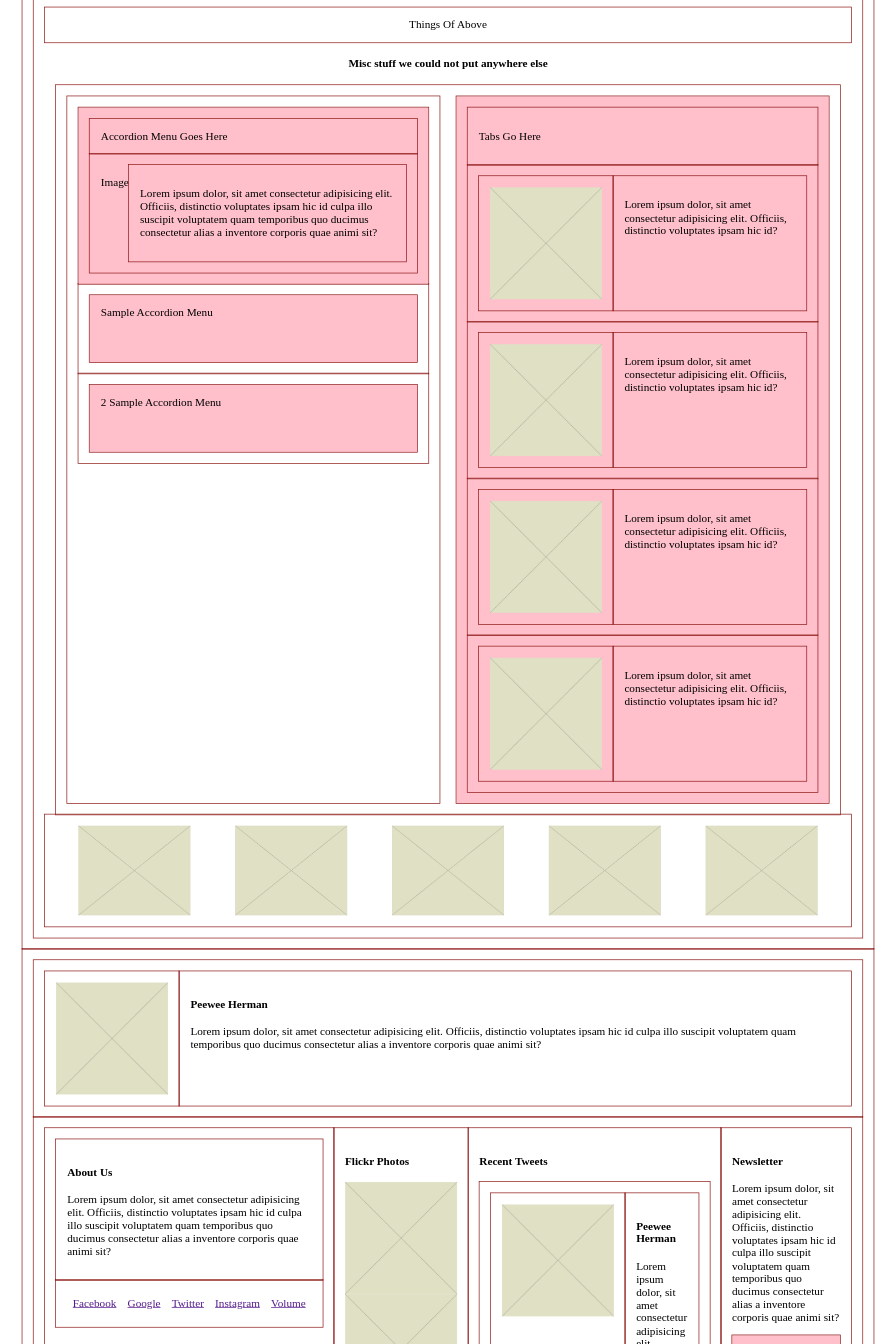
Repository: kionale/Project1_Lab3_ResponsiveLayout
Page: index.html
An editor plug-in stored every save of this project. The page is shown before and after a run of saves, followed by the edit.
The browser window is 1280 px wide. The pictures show the part of the page from y = 3782 to 5702 px (the page is 6789 px tall before and 6629 px after), at 70% of full size.

Above is the page before, as saved 2023-01-31 17:11:01.

### index.html
<!doctype html>
<html class="no-js" lang="">

<head>
  <meta charset="utf-8">
  <title></title>
  <meta name="description" content="">
  <meta name="viewport" content="width=device-width, initial-scale=1">

  <meta property="og:title" content="">
  <meta property="og:type" content="">
  <meta property="og:url" content="">
  <meta property="og:image" content="">

  <link rel="manifest" href="site.webmanifest">
  <link rel="apple-touch-icon" href="icon.png">
  <!-- Place favicon.ico in the root directory -->

  <link rel="stylesheet" href="css/normalize.css">
  <link rel="stylesheet" href="css/main.css">

  <meta name="theme-color" content="#fafafa">
</head>


<body class="page page-home">
  <header class="header page__header">
    <div class="row">
      <h1>Metrolics</h1>
      <a href=""><img src="img/placeholder.png"></a>
      <nav class="navbar-links">
        <ul>
          <a href="#">
            <li>Home</li>
          </a>
          <a href="">
            <li>Home</li>
          </a>
          <a href="">
            <li>Pages</li>
          </a>
          <a href="">
            <li>Blog</li>
          </a>
          <a href="">
            <li>Portfolio</li>
          </a>
          <a href="">
            <li>Home</li>
          </a>
        </ul>
      </nav>
    </div>

  </header>

  <div class="page__slider">
    <div class="row slides">
      <img src="img/placeholder.png" alt="">
    </div>
  </div>
  </div>

  <div class="page__intro">
    <h1 class="header page__heading">
      Hey guys! This is the <span>Metrolics</span> theme.<br>
      It sports a responsive layout with a mobile layout.
    </h1>
    <div class="subheading page_subheading">
      <h3>
        Things That We do
      </h3>
      <h5>Ask us what we can do for you</h5>

    </div>
    <div class="feature__service">
      <div class="row m-col-2 l-col-4">
        <div class="col">
          <img class="feature__servic__images" src="img/placeholder.png" alt="">
          <h4 class="heading feature__servic__title">Web Solution</h4>
          <p class="feature__servic__content">
            bbbhhha
          </p>
        </div>
        <div class="col">
          <img class="feature__servic__images" src="img/placeholder.png" alt="">
          <h4 class="heading feature__servic__title"></h4>
          <p class="feature__servic__content">
            bbbhhha
          </p>
        </div>
        <div class="col">
          <img class="feature__servic__images" src="img/placeholder.png" alt="">
          <h4 class="heading feature__servic__title"></h4>
          <p class="feature__servic__content">
            bbbhhha
          </p>
        </div>
        <div class="col">
          <img class="feature__servic__images" src="img/placeholder.png" alt="">
          <h4 class="heading feature__servic__title"></h4>
          <p class="feature__servic__content">
            bbbhhha
          </p>
        </div>


      </div>
    </div>
  </div>

  <!-- Main content starts here -->
  <main class="page__main">
    <section class="recent__work">
      <header class="header post__header">What's up lately?</header>
      <h4 class="subheading">Read up on our latest work</h4>
      <div class="row m-col-2 l-col-3">
        <div class="col">
          <div>
            <img src="img/placeholder.png" alt="">
            <header class="header recent__work__title">Sample image post</header><br>
            <p>Photography</p>
          </div>
        </div>
        <div class="col">
          <div>
            <img src="img/placeholder.png" alt="">
            <header class="header recent__work__title">Sample image post</header><br>
            <p>Photography</p>
          </div>
        </div>
        <div class="col">
          <div>
            <img src="" alt="">
            <header class="header recent__work__title">Sample image post</header><br>
            <p>Photography</p>
          </div>
        </div>
        <div class="col">
          <div>
            <img src="img/placeholder.png" alt="">
            <header class="header recent__work__title">Sample image post</header><br>
            <p>Photography</p>
          </div>
        </div>
      </div>
    </section>
    <!-- Our Latest Projests -->
    <section class="latest__projects">
      <header class="header latest__projects__header">Our Latest Projects</header>
      <h4 class="subheading">Client happy? We are happy</h4>
      <div class="row m-col-2 l-col-3">
        <div class="col">
          <div>
            <img src="img/placeholder.png" alt="">
            <header class="header latest__project__image">1 Sample image post</header><br>
            <p>1 Photography</p>
          </div>
        </div>
        <div class="col">
          <div>
            <img src="img/placeholder.png" alt="">
            <header class="header latest__project__image">2 Sample image post</header><br>
            <p>2 Photography</p>
          </div>
        </div>
        <div class="col">
          <div>
            <img src="img/placeholder.png" alt="">
            <header class="header latest__project__image">3 Sample image post</header><br>
            <p>3 Photography</p>
          </div>
        </div>
        <div class="col">
          <div>
            <img src="img/placeholder.png" alt="">
            <header class="header latest__project__image">4 Sample image post</header><br>
            <p>4 Photography</p>
          </div>
        </div>
        <div class="col">
          <div>
            <img src="img/placeholder.png" alt="">
            <header class="header latest__project__image">5 Sample image post</header><br>
            <p>5 Photography</p>
          </div>
        </div>
        <div class="col">
          <div>
            <img src="img/placeholder.png" alt="">
            <header class="header latest__project__image">6 Sample image post</header><br>
            <p>6 Photography</p>
          </div>
        </div>
      </div>
    </section>
    <!--Things of Above-->
    <section class="things__of__above">
      <header class="header things__header">Things of above</header>
      <h4 class="subheading">Misc stuff we could not put anywhere else</h4>
      <div class="row m-col-2 l-col-3">
        <div>
          <div class="col">
            <div class="sample__menu things_above_image">Accordion Menu Goes Here
            </div>
            <div class="web__solution">
              <p>Image</p>
              <div>
                <p>Lorem ipsum dolor, sit amet consectetur adipisicing elit. Officiis, distinctio voluptates ipsam hic
                  id
                  culpa illo suscipit voluptatem quam temporibus quo ducimus consectetur alias a inventore corporis quae
                  animi sit?</p>
              </div>
            </div>
          </div>
          <div class="menu__button">
            <div class="col_two sample__menu things__above__image">Sample Accordion Menu
            </div>
          </div>
          <div class="menu__button">
            <div class="col_two sample__menu things__above__image">2 Sample Accordion Menu
            </div>
          </div>
        </div>
        <div class="col">
          <div class="tab__buttons">
            <p>Tabs Go Here</p>
          </div>
          <div class="tab__information">
            <div>
              <img src="img/placeholder.png" alt="">
            </div>
            <div>
              <p>Lorem ipsum dolor, sit amet consectetur adipisicing elit. Officiis, distinctio voluptates ipsam hic
                id?</p>
            </div>
          </div>
          <div class="tab__information">
            <div>
              <img src="img/placeholder.png" alt="">
            </div>
            <div>
              <p>Lorem ipsum dolor, sit amet consectetur adipisicing elit. Officiis, distinctio voluptates ipsam hic
                id?</p>
            </div>
          </div>
          <div class="tab__information">
            <div>
              <img src="img/placeholder.png" alt="">
            </div>
            <div>
              <p>Lorem ipsum dolor, sit amet consectetur adipisicing elit. Officiis, distinctio voluptates ipsam hic
                id?</p>
            </div>
          </div>
          <div class="tab__information">
            <div>
              <img src="img/placeholder.png" alt="">
            </div>
            <div>
              <p>Lorem ipsum dolor, sit amet consectetur adipisicing elit. Officiis, distinctio voluptates ipsam hic
                id?</p>
            </div>
          </div>
        </div>
      </div>
      <!--Sponsors-->
      <div class="sponsors">
        <img src="img/placeholder.png" alt="" class="sponsors__icon">
        <img src="img/placeholder.png" alt="" class="sponsors__icon">
        <img src="img/placeholder.png" alt="" class="sponsors__icon">
        <img src="img/placeholder.png" alt="" class="sponsors__icon">
        <img src="img/placeholder.png" alt="" class="sponsors__icon">

    </section>
  </main>
  <!--Footer-->
  <footer>
    <div class="web__author">
      <div>
        <img src="img/placeholder.png" alt="">
      </div>
      <div>
        <h4>Peewee Herman</h4>
        <p>Lorem ipsum dolor, sit amet consectetur adipisicing elit. Officiis, distinctio voluptates ipsam hic
          id
          culpa illo suscipit voluptatem quam temporibus quo ducimus consectetur alias a inventore corporis quae
          animi sit?</p>
      </div>
    </div>
    <div class="footer__extras">
      <div>
        <div>
          <h4>About Us</h4>
          <p>Lorem ipsum dolor, sit amet consectetur adipisicing elit. Officiis, distinctio voluptates ipsam hic
            id
            culpa illo suscipit voluptatem quam temporibus quo ducimus consectetur alias a inventore corporis quae
            animi sit?</p>
        </div>
        <div class="social__link">
          <a href="" class="social__icon">
            <li>Facebook</li>
          </a>
          <a href="" class="social__icon">
            <li>Google</li>
          </a>
          <a href="" class="social__icon">
            <li>Twitter</li>
          </a>
          <a href="" class="social__icon">
            <li>Instagram</li>
          </a>
          <a href="" class="social__icon">
            <li>Volume</li>
          </a>
        </div>
      </div>

      <div>
        <h4>Flickr Photos</h4>
        <img src="img/placeholder.png" alt="">
        <img src="img/placeholder.png" alt="">
        <img src="img/placeholder.png" alt="">
        <img src="img/placeholder.png" alt="">
        <img src="img/placeholder.png" alt="">
        <img src="img/placeholder.png" alt="">
      </div>
      <div>
        <h4>Recent Tweets</h4>
        <div class="recent__tweets">
          <div>
            <img src="img/placeholder.png" alt="">
          </div>
          <div>
            <h4>Peewee Herman</h4>
            <p>Lorem ipsum dolor, sit amet consectetur adipisicing elit. Officiis, distinctio voluptates ipsam hic
              id
              culpa illo suscipit voluptatem quam temporibus quo ducimus consectetur alias a inventore corporis quae
              animi sit?</p>
          </div>
        </div>
        <div class="recent__tweets">
          <div>
            <img src="img/placeholder.png" alt="">
          </div>
          <div>
            <h4>Peewee Herman</h4>
            <p>Lorem ipsum dolor, sit amet consectetur adipisicing elit. Officiis, distinctio voluptates ipsam hic
              id
              culpa illo suscipit voluptatem quam temporibus quo ducimus consectetur alias a inventore corporis quae
              animi sit?</p>
          </div>
        </div>
      </div>
      <div>
        <h4>Newsletter</h4>
        <p>Lorem ipsum dolor, sit amet consectetur adipisicing elit. Officiis, distinctio voluptates ipsam hic
          id
          culpa illo suscipit voluptatem quam temporibus quo ducimus consectetur alias a inventore corporis quae
          animi sit?</p>
        <div class="col_two sample__menu things__above__image">Enter your email...
          <button>+</button>
        </div>
      </div>
    </div>
  </footer>


  <script src="js/vendor/modernizr-3.11.2.min.js"></script>
  <script src="js/plugins.js"></script>
  <script src="js/main.js"></script>

  <!-- Google Analytics: change UA-XXXXX-Y to be your site's ID. -->
  <script>
    window.ga = function () { ga.q.push(arguments) }; ga.q = []; ga.l = +new Date;
    ga('create', 'UA-XXXXX-Y', 'auto'); ga('set', 'anonymizeIp', true); ga('set', 'transport', 'beacon'); ga('send', 'pageview')
  </script>
  <script src="https://www.google-analytics.com/analytics.js" async></script>
</body>

</html>

### css/main.css
::-moz-selection {
  background: #b3d4fc;
  text-shadow: none;
}

::selection {
  background: #b3d4fc;
  text-shadow: none;
}

/*
 * A better looking default horizontal rule
 */

hr {
  display: block;
  height: 1px;
  border: 0;
  border-top: 1px solid #ccc;
  margin: 1em 0;
  padding: 0;
}

audio,
canvas,
iframe,
img,
svg,
video {
  vertical-align: middle;
}

/*
 * Remove default fieldset styles.
 */

fieldset {
  border: 0;
  margin: 0;
  padding: 0;
}

/*
 * Allow only vertical resizing of textareas.
 */

textarea {
  resize: vertical;
}

*,
*::before,
*::after {
  box-sizing: border-box;
}

div,
main,
section,
header,
footer {
  outline: 1px solid rgb(142, 24, 24);
  min-height: 1rem;
  padding: 1rem;
}

.page {
  margin: 0 auto;
  padding: 2rem;
}

.header {
  text-transform: capitalize;
  text-align: center;
}

.subheading {
  text-align: center;
}

ul,
li {
  padding: 0;
  margin: 0;
  list-style: none;
}

.row {
  display: grid;
  row-gap: 1rem;
}

.row_two {
  display: grid;
  row-gap: 1rem;
}

.col {
  position: relative;
  background-color: pink;
}

.col_two {
  background-color: pink;
  height: 6rem;
}

button {
  height: 4rem;
  width: 4rem;
}

/* medium screens and up  */
@media screen and (min-width: 40em) {
  .row {
    max-width: 70rem;
    column-gap: 1.5rem;
    row-gap: 1.5rem;
    margin: 0 auto;
  }



  .m-col-2 {
    grid-template-columns: 1fr 1fr;
  }

  .l-col-3 {
    grid-template-columns: (3, 1fr);
  }

}


.examples {
  display: flex;
  justify-content: space-around;
}

.sample__menu {
  display: flex;
  justify-content: space-between;
}

.web__solution {
  display: flex;
}

.web__author {
  display: flex;
}

.recent__tweets {
  display: flex;
}


.tab__information {
  display: flex;
}

.sponsors {
  display: flex;
  justify-content: space-around;
  height: 10rem;
}

.sponsors__icon {
  background-color: lightgray;
}

.social__link {
  display: flex;
}

.social__icon {
  margin: 0.5rem;
}

.footer__extras {
  display: flex;
  flex-direction: row;
}

img{
  width: 10rem;
}

### js/plugins.js
// Avoid `console` errors in browsers that lack a console.
(function() {
  var method;
  var noop = function () {};
  var methods = [
    'assert', 'clear', 'count', 'debug', 'dir', 'dirxml', 'error',
    'exception', 'group', 'groupCollapsed', 'groupEnd', 'info', 'log',
    'markTimeline', 'profile', 'profileEnd', 'table', 'time', 'timeEnd',
    'timeline', 'timelineEnd', 'timeStamp', 'trace', 'warn'
  ];
  var length = methods.length;
  var console = (window.console = window.console || {});

  while (length--) {
    method = methods[length];

    // Only stub undefined methods.
    if (!console[method]) {
      console[method] = noop;
    }
  }
}());

// Place any jQuery/helper plugins in here.

Loaded but not shown: css/normalize.css (library); js/vendor/modernizr-3.11.2.min.js (library); js/main.js (no stored copy; drawn as an empty file)

After the next 4 saves:
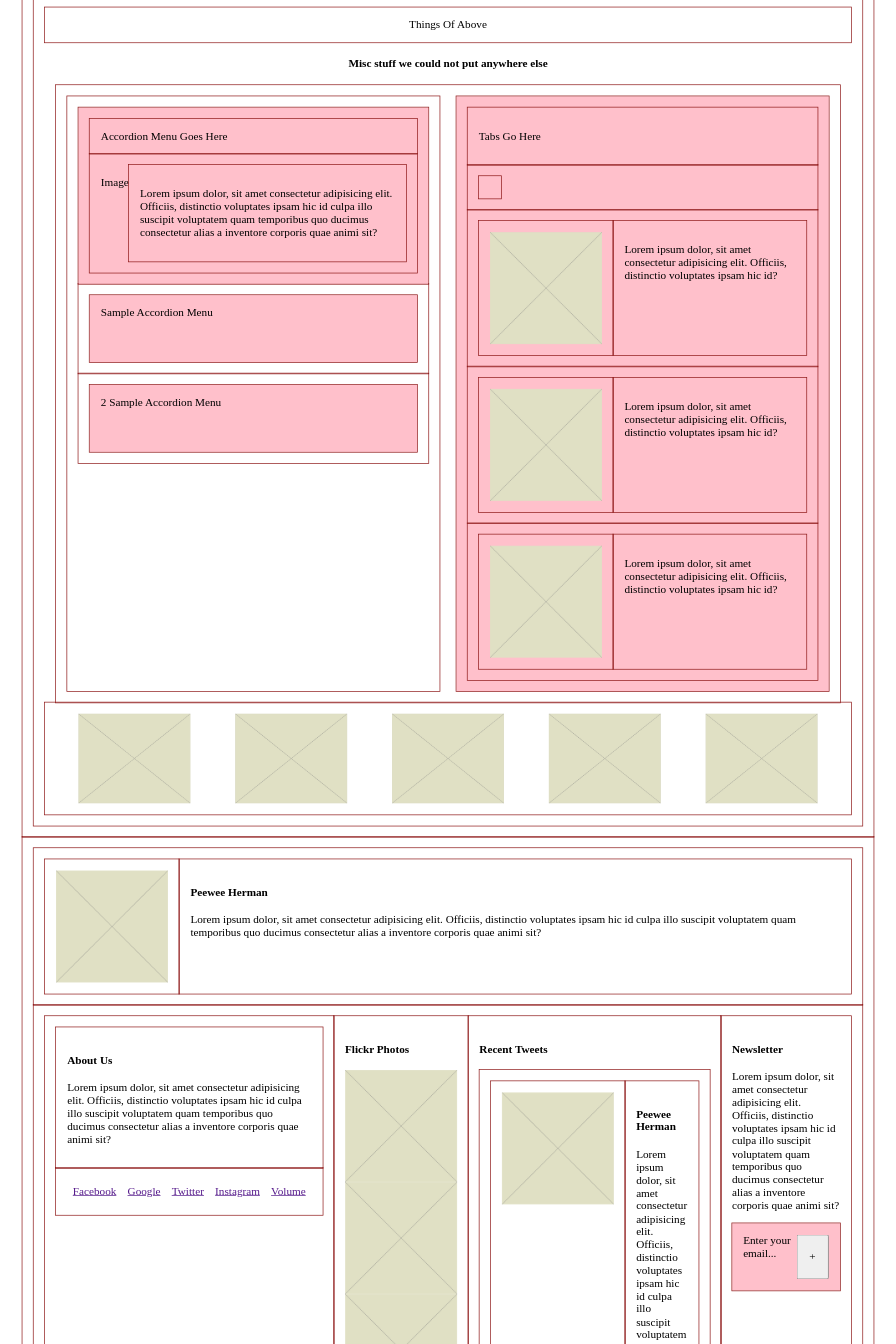
The 4 saves are shown as one change because they came seconds apart.
The last was saved 21 s later.
--- a/index.html
+++ b/index.html
@@ -227,12 +227,9 @@
             <p>Tabs Go Here</p>
           </div>
           <div class="tab__information">
-            <div>
-              <img src="img/placeholder.png" alt="">
-            </div>
-            <div>
-              <p>Lorem ipsum dolor, sit amet consectetur adipisicing elit. Officiis, distinctio voluptates ipsam hic
-                id?</p>
+
+            <div>
+
             </div>
           </div>
           <div class="tab__information">
